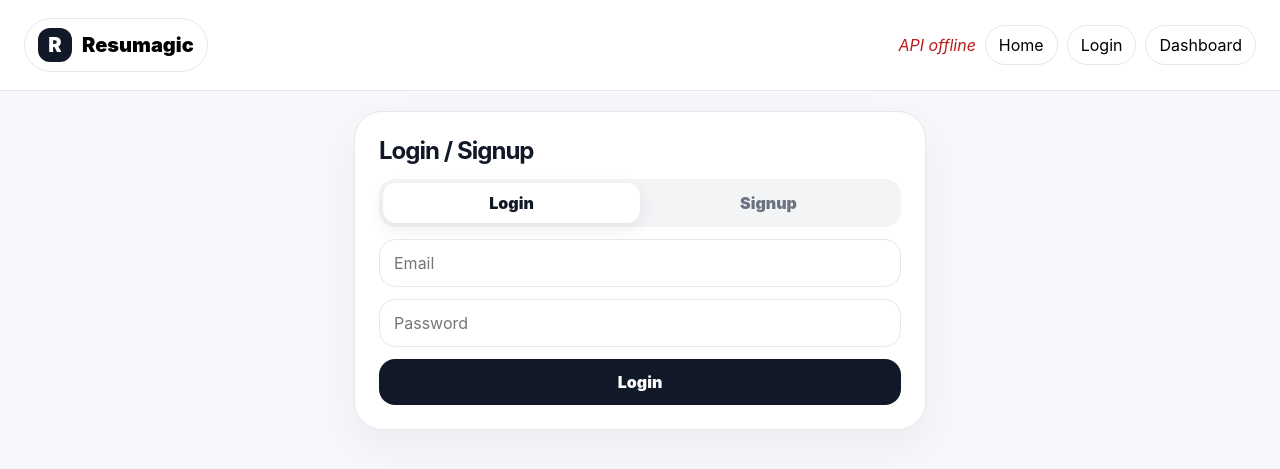
Repository: hkpark97/resume_builder
Page: / (app in frontend/), after clicking the first element matching `div > :nth-child(3)`
These files come from the project's save history. The page is drawn as it stood at one moment and after the next save; the edit follows.
The browser window is 1280 px wide. The pictures show the whole page.
The page's requests for data from a server got no answer. The project was rebuilt for these pictures with package versions that can differ from the ones it lists, and the page was loaded fresh each time. No one was signed in, and anything a server would have sent is missing.

Above is the page before, as saved 2026-05-05 15:30:28.

### frontend/index.html
<!doctype html><html lang="en"><head><meta charset="UTF-8"/><meta name="viewport" content="width=device-width, initial-scale=1.0"/><title>Resumagic</title></head><body><div id="root"></div><script type="module" src="/src/main.jsx"></script></body></html>

### frontend/src/main.jsx
import React, { useEffect, useState } from "react";
import { createRoot } from "react-dom/client";
import { api, getToken, setToken, clearToken } from "./api";
import "./styles.css";

function App() {
  const params = new URLSearchParams(window.location.search);
  const resetTokenFromUrl = params.get("token");
  const resetEmailFromUrl = params.get("email");

  const [page, setPage] = useState(
    resetTokenFromUrl && resetEmailFromUrl ? "reset-password" : "home",
  );
  const [token, setTokenState] = useState(getToken());
  const [user, setUser] = useState(null);
  const [status, setStatus] = useState("checking");

  const [resumeFile, setResumeFile] = useState(null);
  const [jobFile, setJobFile] = useState(null);
  const [jobTitle, setJobTitle] = useState("");
  const [company, setCompany] = useState("");
  const [jobDescription, setJobDescription] = useState("");
  const [analysis, setAnalysis] = useState(null);
  const [saved, setSaved] = useState([]);

  const [authMode, setAuthMode] = useState("login");
  const [auth, setAuth] = useState({
    email: "",
    password: "",
    full_name: "",
  });

  const [resetEmail, setResetEmail] = useState(resetEmailFromUrl || "");
  const [resetToken, setResetToken] = useState(resetTokenFromUrl || "");
  const [newPassword, setNewPassword] = useState("");

  const [currentPassword, setCurrentPassword] = useState("");
  const [changeNewPassword, setChangeNewPassword] = useState("");

  const [feedback, setFeedback] = useState({
    rating: 5,
    applied: false,
    interview_received: false,
    user_notes: "",
  });

  const [loading, setLoading] = useState("");
  const [error, setError] = useState("");
  const [notice, setNotice] = useState("");

  const loggedIn = Boolean(token);

  useEffect(() => {
    api
      .health()
      .then(() => setStatus("online"))
      .catch(() => setStatus("offline"));
  }, []);

  useEffect(() => {
    if (token) {
      api
        .me()
        .then(setUser)
        .catch(() => {
          clearToken();
          setTokenState(null);
        });

      loadSaved();
    }
  }, [token]);

  async function loadSaved() {
    try {
      setSaved(await api.listSavedAnalysis());
    } catch {
      setSaved([]);
    }
  }

  async function analyze(e) {
    e.preventDefault();
    setError("");
    setNotice("");

    if (!resumeFile) {
      setError("Please upload your resume.");
      return;
    }

    if (!jobFile && !jobDescription.trim()) {
      setError("Please paste a job description or upload a job posting file.");
      return;
    }

    try {
      setLoading("Analyzing resume...");

      const result = await api.publicAnalyze({
        resumeFile,
        jobFile,
        jobTitle,
        company,
        jobDescription,
      });

      setAnalysis(result);
      setNotice("Analysis complete.");

      setTimeout(() => {
        document
          .getElementById("result")
          ?.scrollIntoView({ behavior: "smooth" });
      }, 50);
    } catch (err) {
      setError(err.message);
    } finally {
      setLoading("");
    }
  }

  async function handleAuth(e) {
    e.preventDefault();
    setError("");
    setNotice("");

    try {
      setLoading(
        authMode === "signup" ? "Creating account..." : "Logging in...",
      );

      const payload =
        authMode === "signup"
          ? auth
          : {
              email: auth.email,
              password: auth.password,
            };

      const result =
        authMode === "signup"
          ? await api.signup(payload)
          : await api.login(payload);

      setToken(result.access_token);
      setTokenState(result.access_token);
      setNotice(authMode === "signup" ? "Account created." : "Logged in.");
      setPage("dashboard");
    } catch (err) {
      setError(err.message);
    } finally {
      setLoading("");
    }
  }

  async function requestPasswordReset(e) {
    e.preventDefault();
    setError("");
    setNotice("");

    try {
      setLoading("Requesting password reset...");

      const result = await api.requestPasswordReset({
        email: resetEmail,
      });

      setNotice(
        result.message ||
          "If this email exists, password reset instructions will be sent.",
      );
    } catch (err) {
      setError(err.message);
    } finally {
      setLoading("");
    }
  }

  async function resetPassword(e) {
    e.preventDefault();
    setError("");
    setNotice("");

    try {
      setLoading("Resetting password...");

      await api.resetPassword({
        email: resetEmail,
        reset_token: resetToken,
        new_password: newPassword,
      });

      setNotice("Password reset complete. You can now login.");
      setPage("account");
      setAuthMode("login");

      window.history.replaceState({}, document.title, "/");
    } catch (err) {
      setError(err.message);
    } finally {
      setLoading("");
    }
  }

  async function changePassword(e) {
    e.preventDefault();
    setError("");
    setNotice("");

    try {
      setLoading("Changing password...");

      await api.changePassword({
        current_password: currentPassword,
        new_password: changeNewPassword,
      });

      setCurrentPassword("");
      setChangeNewPassword("");
      setNotice("Password changed.");
    } catch (err) {
      setError(err.message);
    } finally {
      setLoading("");
    }
  }

  function logout() {
    clearToken();
    setTokenState(null);
    setUser(null);
    setSaved([]);
    setPage("home");
    setNotice("Logged out.");
  }

  async function saveAnalysis() {
    if (!analysis) return;

    if (!loggedIn) {
      setNotice("Login to save your result.");
      setPage("account");
      return;
    }

    try {
      setLoading("Saving...");

      await api.saveAnalysis({
        title: jobTitle,
        company,
        final_score: analysis.final_score,
        report_markdown: analysis.report_markdown,
        structured_report: analysis.structured_report,
        job_description: jobDescription,
      });

      await loadSaved();
      setNotice("Saved.");
      setPage("dashboard");
    } catch (err) {
      setError(err.message);
    } finally {
      setLoading("");
    }
  }

  async function saveFeedback(e) {
    e.preventDefault();

    if (!loggedIn) {
      setPage("account");
      return;
    }

    try {
      setLoading("Saving feedback...");

      await api.saveFeedback({
        ...feedback,
        rating: Number(feedback.rating),
        match_analysis_id: saved[0]?.id || null,
      });

      setNotice("Feedback saved.");
    } catch (err) {
      setError(err.message);
    } finally {
      setLoading("");
    }
  }

  async function renameSavedAnalysis(item) {
    const newTitle = window.prompt("New title", item.title || "");
    if (newTitle === null) return;

    const newCompany = window.prompt("Company", item.company || "");
    if (newCompany === null) return;

    try {
      setLoading("Updating saved result...");

      await api.updateAnalysis(item.id, {
        title: newTitle,
        company: newCompany,
      });

      await loadSaved();
      setNotice("Updated.");
    } catch (err) {
      setError(err.message);
    } finally {
      setLoading("");
    }
  }

  async function deleteSavedAnalysis(item) {
    const ok = window.confirm(
      `Delete "${item.title || "Untitled"}"? This cannot be undone.`,
    );

    if (!ok) return;

    try {
      setLoading("Deleting saved result...");

      await api.deleteAnalysis(item.id);

      await loadSaved();
      setNotice("Deleted.");
    } catch (err) {
      setError(err.message);
    } finally {
      setLoading("");
    }
  }

  async function moveSavedAnalysis(index, direction) {
    const next = [...saved];
    const targetIndex = index + direction;

    if (targetIndex < 0 || targetIndex >= next.length) return;

    const temp = next[index];
    next[index] = next[targetIndex];
    next[targetIndex] = temp;

    setSaved(next);

    try {
      await api.reorderAnalysis(next.map((item) => item.id));
    } catch (err) {
      setError(err.message);
      await loadSaved();
    }
  }

  return (
    <div>
      <header className="nav">
        <button className="brand" onClick={() => setPage("home")}>
          <span>R</span>
          Resumagic
        </button>

        <div>
          <em className={status === "online" ? "ok" : "bad"}>API {status}</em>

          <button onClick={() => setPage("home")}>Home</button>

          <button onClick={() => setPage("account")}>
            {loggedIn ? "Account" : "Login"}
          </button>

          <button onClick={() => setPage("dashboard")}>Dashboard</button>

          {loggedIn && <button onClick={logout}>Logout</button>}
        </div>
      </header>

      {(loading || error || notice) && (
        <section className="status">
          {loading && <p className="load">{loading}</p>}
          {notice && <p className="note">{notice}</p>}
          {error && <p className="err">{error}</p>}
        </section>
      )}

      {page === "home" && (
        <>
          <section className="hero">
            <div>
              <p className="eyebrow">AI Resume Consultant</p>
              <h1>Check your resume match before you apply.</h1>
              <p>
                Upload a resume, paste a job posting, and get an instant score
                and resume advice. No account required for first analysis.
              </p>
            </div>

            <aside>
              Login only when you want to save history and feedback.
            </aside>
          </section>

          <main className="container">
            <section className="card">
              <h2>Free Resume Match Check</h2>

              <form onSubmit={analyze} className="grid">
                <div>
                  <label>Resume</label>
                  <input
                    type="file"
                    accept=".pdf,.docx,.txt,.md"
                    onChange={(e) => setResumeFile(e.target.files?.[0] || null)}
                  />

                  <label>Job title</label>
                  <input
                    value={jobTitle}
                    onChange={(e) => setJobTitle(e.target.value)}
                    placeholder="Backend Developer"
                  />

                  <label>Company</label>
                  <input
                    value={company}
                    onChange={(e) => setCompany(e.target.value)}
                    placeholder="Company"
                  />
                </div>

                <div>
                  <label>Job posting file optional</label>
                  <input
                    type="file"
                    accept=".pdf,.docx,.txt,.md"
                    onChange={(e) => setJobFile(e.target.files?.[0] || null)}
                  />

                  <label>Job description</label>
                  <textarea
                    value={jobDescription}
                    onChange={(e) => setJobDescription(e.target.value)}
                    placeholder="Or paste the full job posting here..."
                  />

                  <button className="primary">Analyze Resume</button>
                </div>
              </form>
            </section>

            {analysis && (
              <section id="result" className="result">
                <div className="score">
                  <small>Match Score</small>
                  <strong>{analysis.final_score}%</strong>
                  <p>{analysis.summary}</p>

                  <button className="primary" onClick={saveAnalysis}>
                    {loggedIn ? "Save result" : "Login to save"}
                  </button>
                </div>

                <div className="report">
                  <h2>AI Report</h2>
                  <pre>{analysis.report_markdown}</pre>
                </div>
              </section>
            )}
          </main>
        </>
      )}

      {page === "account" && (
        <main className="container narrow">
          <section className="card">
            <h2>{loggedIn ? "Account" : "Login / Signup"}</h2>

            {loggedIn ? (
              <>
                <p>
                  Logged in as <b>{user?.email}</b>
                </p>

                <button
                  className="primary"
                  onClick={() => setPage("dashboard")}
                >
                  Dashboard
                </button>

                <hr />

                <h3>Change Password</h3>

                <form onSubmit={changePassword} className="form">
                  <input
                    type="password"
                    placeholder="Current password"
                    value={currentPassword}
                    onChange={(e) => setCurrentPassword(e.target.value)}
                  />

                  <input
                    type="password"
                    placeholder="New password"
                    value={changeNewPassword}
                    onChange={(e) => setChangeNewPassword(e.target.value)}
                  />

                  <button className="primary">Change password</button>
                </form>
              </>
            ) : (
              <>
                <form onSubmit={handleAuth} className="form">
                  <div className="toggle">
                    <button
                      type="button"
                      className={authMode === "login" ? "active" : ""}
                      onClick={() => setAuthMode("login")}
                    >
                      Login
                    </button>

                    <button
                      type="button"
                      className={authMode === "signup" ? "active" : ""}
                      onClick={() => setAuthMode("signup")}
                    >
                      Signup
                    </button>
                  </div>

                  {authMode === "signup" && (
                    <input
                      placeholder="Full name"
                      value={auth.full_name}
                      onChange={(e) =>
                        setAuth({ ...auth, full_name: e.target.value })
                      }
                    />
                  )}

                  <input
                    type="email"
                    placeholder="Email"
                    value={auth.email}
                    onChange={(e) =>
                      setAuth({ ...auth, email: e.target.value })
                    }
                  />

                  <input
                    type="password"
                    placeholder="Password"
                    value={auth.password}
                    onChange={(e) =>
                      setAuth({ ...auth, password: e.target.value })
                    }
                  />

                  <button className="primary">
                    {authMode === "signup" ? "Create account" : "Login"}
                  </button>
                </form>
              </>
            )}
          </section>
        </main>
      )}

      {page === "forgot-password" && (
        <main className="container narrow">
          <section className="card">
            <h2>Forgot Password</h2>
            <p className="muted">
              Enter your email and we’ll send you a password reset link.
            </p>

            <form onSubmit={requestPasswordReset} className="form">
              <input
                type="email"
                placeholder="Your email"
                value={resetEmail}
                onChange={(e) => setResetEmail(e.target.value)}
              />

              <button className="primary">Send reset link</button>

              <button
                type="button"
                className="linkButton"
                onClick={() => setPage("account")}
              >
                Back to login
              </button>
            </form>
          </section>
        </main>
      )}

      {page === "reset-password" && (
        <main className="container narrow">
          <section className="card">
            <h2>Reset Password</h2>

            <form onSubmit={resetPassword} className="form">
              <input
                type="email"
                placeholder="Email"
                value={resetEmail}
                onChange={(e) => setResetEmail(e.target.value)}
              />

              <input
                placeholder="Reset token"
                value={resetToken}
                onChange={(e) => setResetToken(e.target.value)}
              />

              <input
                type="password"
                placeholder="New password"
                value={newPassword}
                onChange={(e) => setNewPassword(e.target.value)}
              />

              <button className="primary">Reset password</button>
            </form>
          </section>
        </main>
      )}

      {page === "dashboard" && (
        <main className="container">
          <h2>Your Dashboard</h2>

          {!loggedIn ? (
            <section className="card">
              <p>Login required.</p>

              <button className="primary" onClick={() => setPage("account")}>
                Login / Signup
              </button>
            </section>
          ) : (
            <section className="dash">
              <div className="card">
                <h2>Saved analyses</h2>

                {saved.length ? (
                  saved.map((s, index) => (
                    <div className="saved" key={s.id}>
                      <div>
                        <b>
                          {s.title || "Untitled"}{" "}
                          {s.company ? `@ ${s.company}` : ""}
                        </b>
                        <span>{s.final_score}% match</span>
                      </div>

                      <div className="savedActions">
                        <button
                          type="button"
                          onClick={() => moveSavedAnalysis(index, -1)}
                          disabled={index === 0}
                        >
                          ↑
                        </button>

                        <button
                          type="button"
                          onClick={() => moveSavedAnalysis(index, 1)}
                          disabled={index === saved.length - 1}
                        >
                          ↓
                        </button>

                        <button
                          type="button"
                          onClick={() => renameSavedAnalysis(s)}
                        >
                          Rename
                        </button>

                        <button
                          type="button"
                          className="danger"
                          onClick={() => deleteSavedAnalysis(s)}
                        >
                          Delete
                        </button>
                      </div>
                    </div>
                  ))
                ) : (
                  <p>No saved analyses yet.</p>
                )}
              </div>

              <div className="card">
                <h2>Feedback</h2>

                <form onSubmit={saveFeedback} className="form">
                  <label>Rating: {feedback.rating}/5</label>

                  <input
                    type="range"
                    min="1"
                    max="5"
                    value={feedback.rating}
                    onChange={(e) =>
                      setFeedback({ ...feedback, rating: e.target.value })
                    }
                  />

                  <label>
                    <input
                      type="checkbox"
                      checked={feedback.applied}
                      onChange={(e) =>
                        setFeedback({ ...feedback, applied: e.target.checked })
                      }
                    />{" "}
                    Applied
                  </label>

                  <label>
                    <input
                      type="checkbox"
                      checked={feedback.interview_received}
                      onChange={(e) =>
                        setFeedback({
                          ...feedback,
                          interview_received: e.target.checked,
                        })
                      }
                    />{" "}
                    Interview received
                  </label>

                  <textarea
                    placeholder="Notes"
                    value={feedback.user_notes}
                    onChange={(e) =>
                      setFeedback({ ...feedback, user_notes: e.target.value })
                    }
                  />

                  <button className="primary">Save feedback</button>
                </form>
              </div>
            </section>
          )}
        </main>
      )}
    </div>
  );
}

createRoot(document.getElementById("root")).render(<App />);

Loaded but not shown: frontend/src/api.js (168 lines, source omitted); frontend/src/styles.css (369 lines, source omitted)

After the next save:
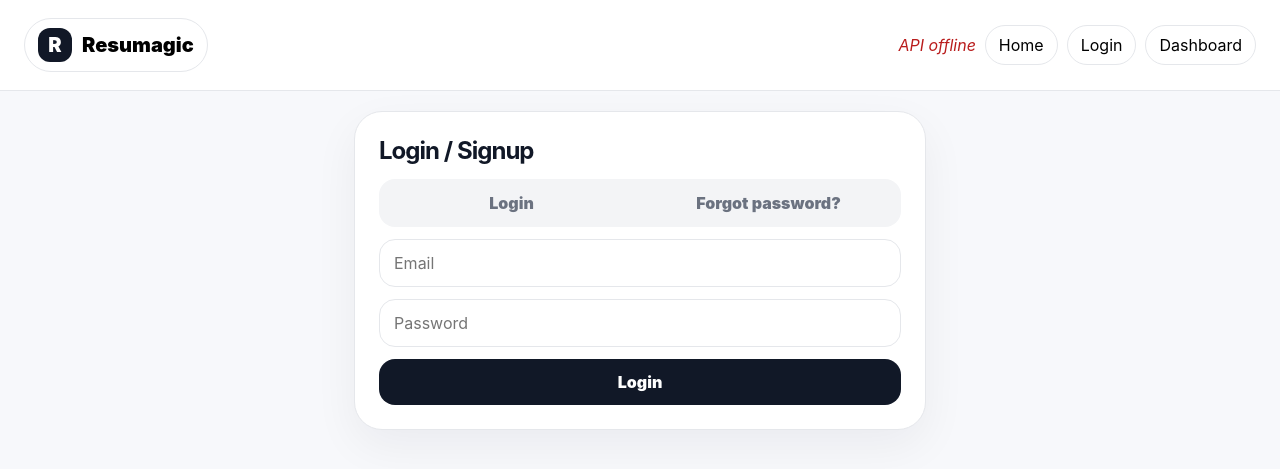
Saved 3 min 43 s later.
--- a/frontend/src/main.jsx
+++ b/frontend/src/main.jsx
@@ -518,20 +518,16 @@ function App() {
               <>
                 <form onSubmit={handleAuth} className="form">
                   <div className="toggle">
+                    <button className="primary">
+                      {authMode === "signup" ? "Create account" : "Login"}
+                    </button>
+
                     <button
                       type="button"
-                      className={authMode === "login" ? "active" : ""}
-                      onClick={() => setAuthMode("login")}
+                      className="linkButton"
+                      onClick={() => setPage("forgot-password")}
                     >
-                      Login
-                    </button>
-
-                    <button
-                      type="button"
-                      className={authMode === "signup" ? "active" : ""}
-                      onClick={() => setAuthMode("signup")}
-                    >
-                      Signup
+                      Forgot password?
                     </button>
                   </div>
 
